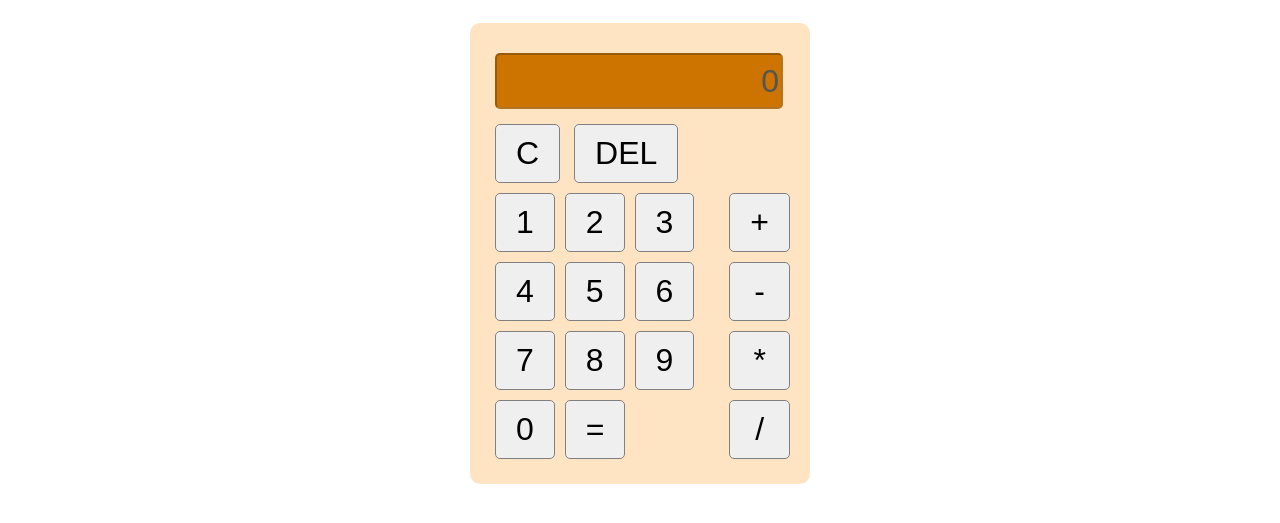
Repository: jaskeat/Calculator
Page: index.html
The author's editor kept a copy of each file at every save. The page is drawn from the files as they stood at one save, then again after the next save.
The browser window is 1280 px wide. The pictures show the whole page.

Above is the page before, as saved 2024-09-05 13:24:23.

After the next save:
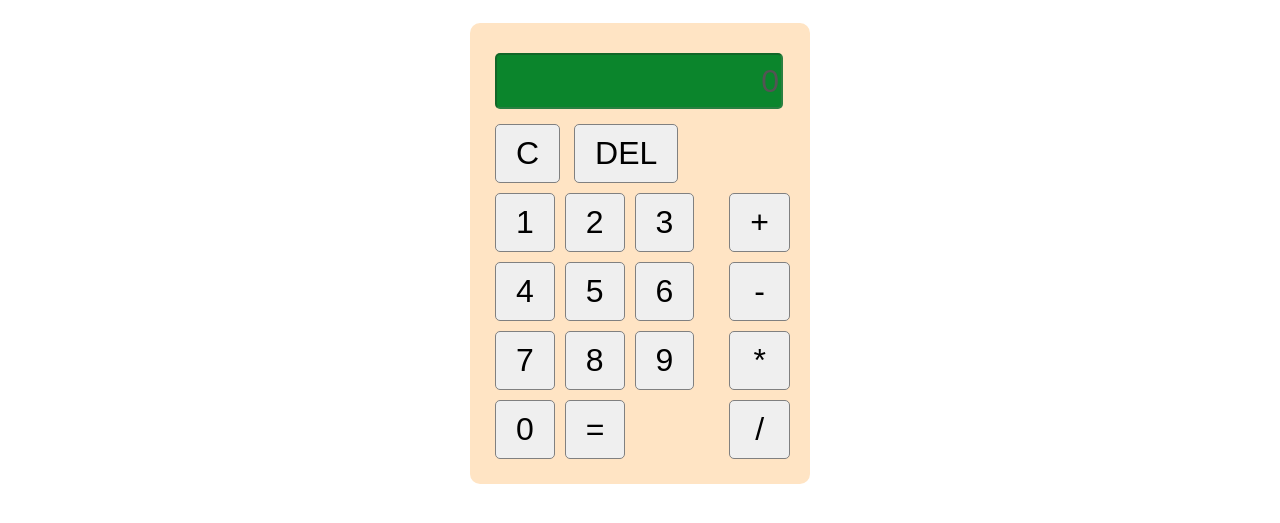
Saved 6 s later.
--- a/style.css
+++ b/style.css
@@ -32,7 +32,7 @@ input {
 	text-align: right;
 	border-radius: 5px;
 	margin: 10px 5px;
-	background-color: rgb(205, 116, 0);
+	background-color: rgb(11, 133, 44);
 }
 
 .operators {
